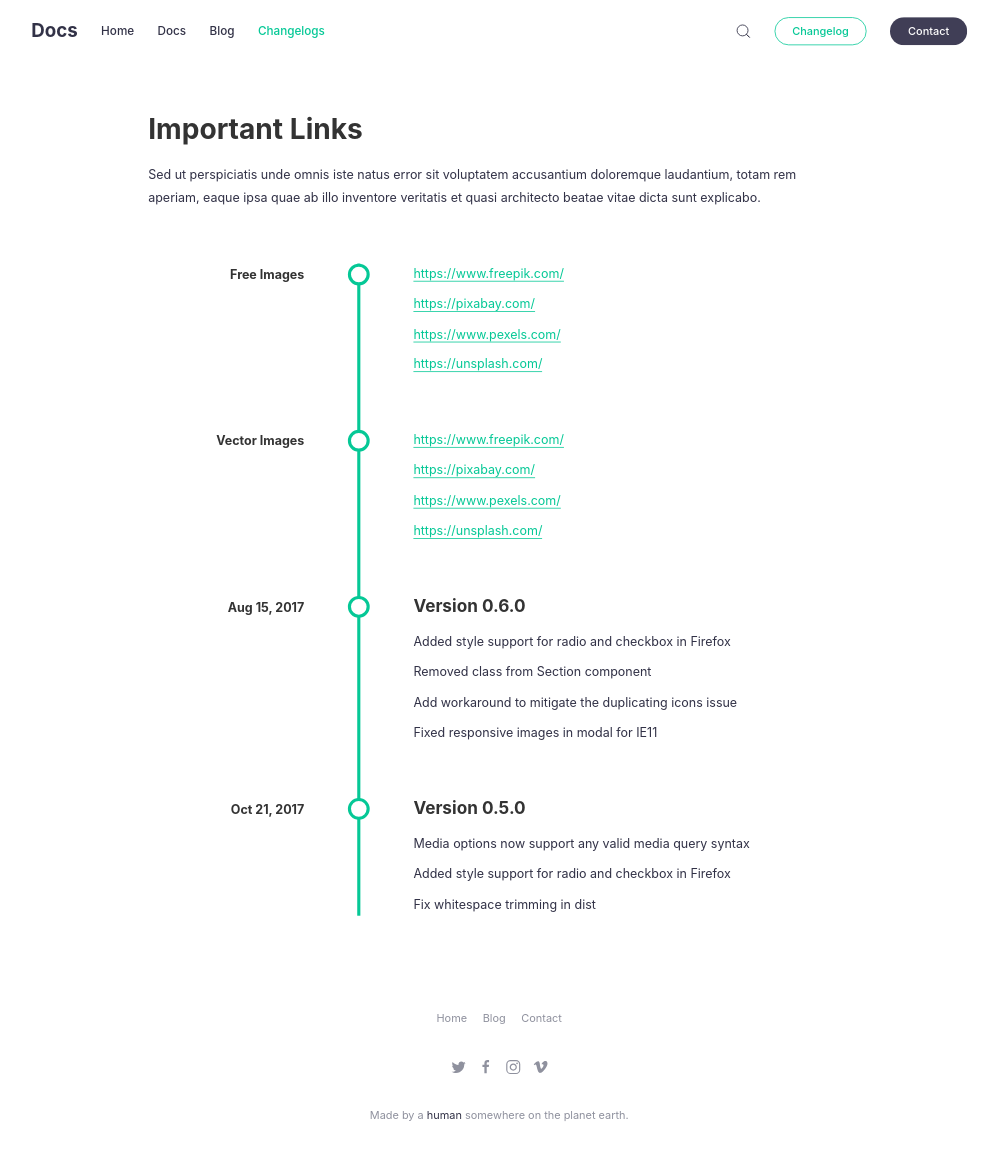
Repository: suchi9909/webdoc
Page: useful-links.html
These files come from the project's save history. The page is drawn as it stood at one moment and after the next save; the edit follows.
The browser window is 1280 px wide. The pictures show the whole page, at 78% of full size.

Above is the page before, as saved 2021-02-19 09:18:32.

After the next save:
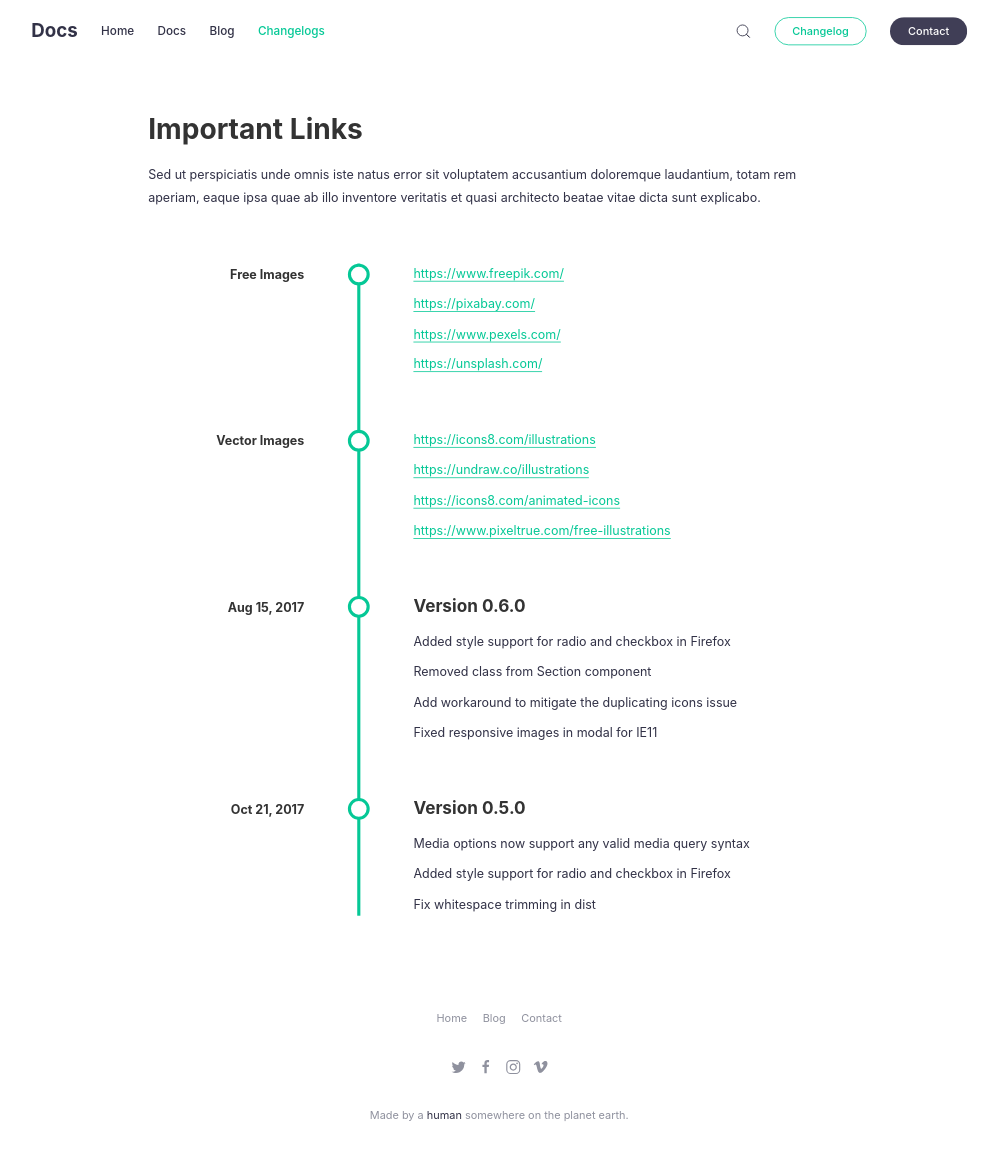
Saved 78 s later.
--- a/useful-links.html
+++ b/useful-links.html
@@ -98,10 +98,10 @@
             </div>
             <div class="tm-timeline-body">
               <ul class="uk-list">
-                <li><a href="https://www.freepik.com/">https://www.freepik.com/</a></li>
-                <li><a href="https://pixabay.com/">https://pixabay.com/</a></li>
-                <li><a href="https://www.pexels.com/">https://www.pexels.com/</a></li>
-                <li><a href="https://unsplash.com/">https://unsplash.com/</a></li>
+                <li><a href="https://icons8.com/illustrations">https://icons8.com/illustrations</a></li>
+                <li><a href="https://undraw.co/illustrations">https://undraw.co/illustrations</a></li>
+                <li><a href="https://icons8.com/animated-icons">https://icons8.com/animated-icons</a></li>
+                <li><a href="https://www.pixeltrue.com/free-illustrations">https://www.pixeltrue.com/free-illustrations</a></li>
               </ul>
             </div>
           </div>
